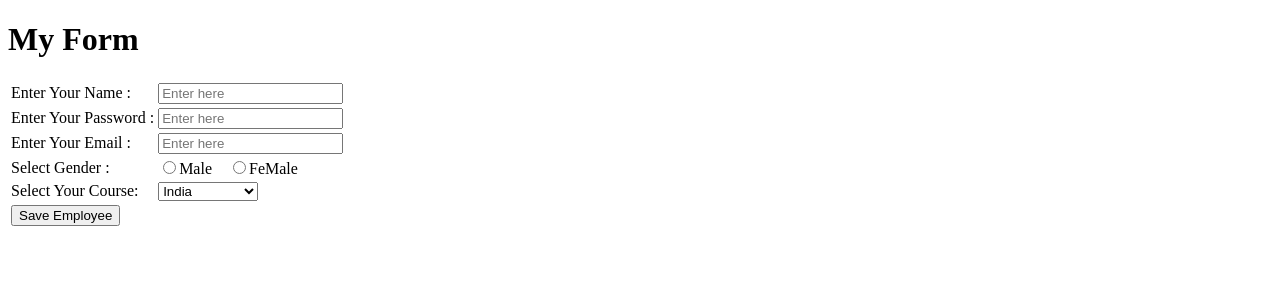
Repository: Kamleshmaury/CoreJava
Page: RegistrationForm/src/main/webapp/index.html
These files come from the project's save history. The page is drawn as it stood at one moment and after the next save; the edit follows.
The browser window is 1280 px wide. The pictures show the whole page.

Above is the page before, as saved 2022-10-18 08:54:57.

### RegistrationForm/src/main/webapp/index.html
<!DOCTYPE html>
<html>
<head>
<meta charset="UTF-8">
<title>Registration Form</title>
</head>
<body>
	<div class="container">
		<h1>My Form</h1>
		<form action="RegistrationServlet" method="post">
			<table>
				<tr>
					<td>Enter Your Name : </td>
					<td> <input type ="text" name="name" placeholder="Enter here"></td>
				</tr>
				<tr>
					<td>Enter Your Password : </td>
					<td> <input type ="password" name="password" placeholder="Enter here"></td>
				</tr>
				<tr>
					<td>Enter Your Email : </td>
					<td> <input type ="email" name="email" placeholder="Enter here"></td>
				</tr>
				<tr>
					<td>Select Gender : </td>
					<td><input type="radio" name="gender" value="male">Male &nbsp; &nbsp;<input type="radio" name="gender" value="female">FeMale </td>
				</tr>

				<tr>
					<td>Select Your Course:</td>
					<td>
						<select name="course" style="width:100px">
							<option>India</option>
							<option>USA</option>
							<option>China</option>
							<option>Other</option>
						</select>
					</td>
				</tr>
			<tr><td colspan="2"><input type="submit" value="Save Employee"/></td></tr>
			</table>

		</form>
	</div>
</body>
</html>

After the next save:
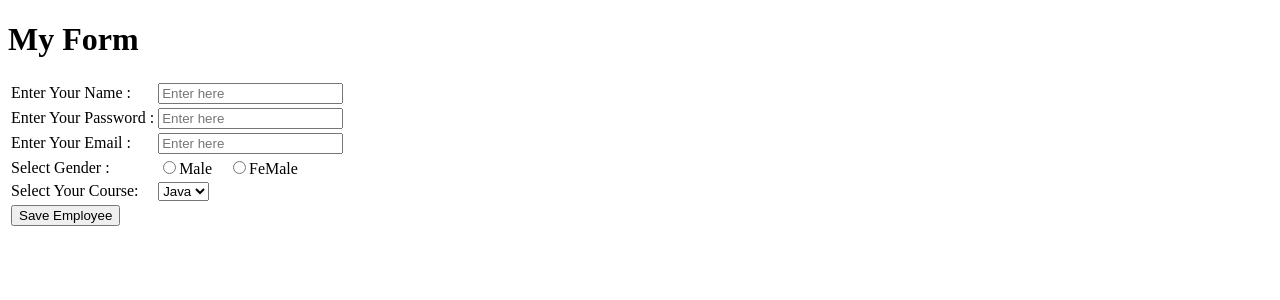
Saved 2 min 12 s later.
--- a/RegistrationForm/src/main/webapp/index.html
+++ b/RegistrationForm/src/main/webapp/index.html
@@ -29,11 +29,9 @@
 				<tr>
 					<td>Select Your Course:</td>
 					<td>
-						<select name="course" style="width:100px">
-							<option>India</option>
-							<option>USA</option>
-							<option>China</option>
-							<option>Other</option>
+						<select name="course">
+							<option value="java">Java</option>
+							<option value="c++">C++</option>
 						</select>
 					</td>
 				</tr>
